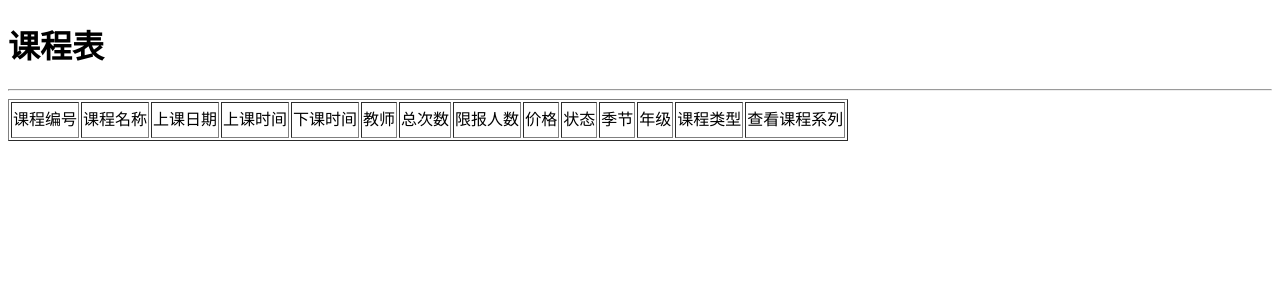
Repository: arkulo56/codeLibrary
Page: http://localhost/firstWeb/courseList.jsp
These files come from the project's save history. The page is drawn as it stood at one moment and after the next save; the edit follows.
The browser window is 1280 px wide. The pictures show the whole page.
The page is served by Tomcat 9. Other server files are loaded and not shown. Queries for data that is not in the repository find no rows.

Above is the page before, as saved 2016-04-23 07:41:09.

### java/firstWeb/WebContent/courseList.jsp
<%@page import="model.Course"%>
<%@page import="action.CourseAction"%>
<%@ page import="java.util.*" %>
<%@ page language="java" contentType="text/html; charset=UTF-8"
    pageEncoding="UTF-8"%>
<!DOCTYPE html PUBLIC "-//W3C//DTD HTML 4.01 Transitional//EN" "http://www.w3.org/TR/html4/loose.dtd">
<html>
<head>
<meta http-equiv="Content-Type" content="text/html; charset=UTF-8">
<title>课程表</title>
</head>
<body>
<h1>课程表</h1>
<style type="text/css">
td{line-height: 200%}
</style>
<hr>

<table border="1">
<tr>
<td>课程编号</td>
<td>课程名称</td>
<td>上课日期</td>
<td>上课时间</td>
<td>下课时间</td>
<td>教师</td>
<td>总次数</td>
<td>限报人数</td>
<td>价格</td>
<td>状态</td>
<td>季节</td>
<td>年级</td>
<td>课程类型</td>
<td>查看课程系列</td>
</tr>
<%
CourseAction ca = new CourseAction();
List wh = new ArrayList();
List<Course> res = ca.get(wh);
for(int i=0;i<res.size();i++)
{
	Course t = res.get(i);
%>
<tr>
<td><%=t.getId() %></td>
<td><%=t.getName() %></td>
<td><%=t.getClassDate() %></td>
<td><%=t.getStartTime() %></td>
<td><%=t.getEndTime() %></td>
<td><%=t.getTeacher() %></td>
<td><%=t.getClassNumber() %></td>
<td><%=t.getStudentNumber() %></td>
<td>¥<%=t.getPrice() %></td>
<td><%=t.getStatus() %></td>
<td><%=t.getSeason() %></td>
<td><%=t.getClassLevel() %></td>
<td><%=t.getClassGategory() %></td>
<td><a href="courseSeries.jsp?courseId=<%=t.getId() %>">查看课程系列</a></td>
</tr>





<%
}
%>
</table>
</body>
</html>

### java/firstWeb/src/action/CourseAction.java
package action;

import java.sql.SQLException;
import java.util.ArrayList;
import java.util.HashMap;
import java.util.List;
import java.util.Map;

import dao.CourseDao;
import model.Course;
import model.CourseSeries;
import model.CourseSeriesItem;

public class CourseAction {

	public boolean addNewCourse(Course cr) throws SQLException
	{
		//初始化action
		CourseSeriesAction csa = new CourseSeriesAction();
		CourseItemAction cia = new CourseItemAction();

		//读取冲突的课程
		List<Course> cst = this.get(cr);
		List<Integer> xx = new ArrayList();
		for(int i=0;i<cst.size();i++)
		{
			xx.add(cst.get(i).getId());
		}
		List<CourseSeriesItem> cs = cia.getCommon(cr, xx);//返回那些不能组合的seriesId

		//插入课程数据
		int courseId = this.addCourse(cr);
		cr.setId(courseId);

		//读取附表可以组合的系列
		List<Integer> ni = new ArrayList();
		for(int i=0;i<cs.size();i++)
		{
			ni.add(cs.get(i).getSeriesId());
		}
		List<CourseSeriesItem> csiRes = cia.get(cr, ni);

		//先添加一个单次的系列和item
		int courseSeriesId = this._setSeries(cr.getClassDate());
		this._setItem(cr.getClassDate(), cr.getId(), courseSeriesId);
		//循环添加
		for(int i=0;i<csiRes.size();i++)
		{
			//生成系列主表
			int csId = this._setSeries(cr.getClassDate());
			//查询系列附表的所有元素
			List<Map> wh = new ArrayList();
			Map m = new HashMap();
			m.put("pre", "and");
			m.put("field", "seriesId");
			m.put("relation", "=");
			m.put("value", csiRes.get(i).getSeriesId());
			wh.add(m);
			List<CourseSeriesItem> res = cia.getCommon(wh);
			//先录入一条自己
			this._setItem(cr.getClassDate(), cr.getId(), csId);
			for(int j=0;j<res.size();j++)
			{
				//重复录入取到的其他课程系列元素
				this._setItem(cr.getClassDate(), res.get(j).getCourseId(), csId);
			}
		}


		return true;
	}
	private int _setSeries(String dt) throws SQLException
	{
		//初始化action
		CourseSeriesAction csa = new CourseSeriesAction();
		//添加单独的一个系列主表
		CourseSeries newCsa = new CourseSeries();
		newCsa.setClassDate(dt);
		return csa.addSeries(newCsa);

	}
	private void _setItem(String dt,int courseId,int courseSeriesId) throws SQLException
	{
		CourseItemAction cia = new CourseItemAction();

		//添加单独的一个系列附表
		CourseSeriesItem csi = new CourseSeriesItem();
		csi.setClassDate(dt);
		csi.setCourseId(courseId);
		csi.setSeriesId(courseSeriesId);
		csi.setSortCourse(0);
		cia.addItem(csi);
	}



	//插入主表数据
	public int addCourse(Course cr) throws SQLException
	{
		CourseDao hd = new CourseDao();
		return hd.add(cr);
	}

	//查询冲突课程
	private List<Course> get(Course cr) throws SQLException
	{
		CourseDao hd = new CourseDao();
		List<Map> wh = new ArrayList();
		//开始时间小于当前课程结束时间
		Map k = new HashMap();
		k.put("pre", "and");
		k.put("field", "startTime");
		k.put("relation", "<");
		k.put("value", "'"+cr.getEndTime()+"'");
		wh.add(k);
		//结束时间大于当前课程开始时间
		Map e = new HashMap();
		e.put("pre", "and");
		e.put("field", "endTime");
		e.put("relation", ">");
		e.put("value", "'"+cr.getStartTime()+"'");
		wh.add(e);
		//开课日期相等
		Map ed = new HashMap();
		ed.put("pre", "and");
		ed.put("field", "classDate");
		ed.put("relation", "=");
		ed.put("value", "'"+cr.getClassDate()+"'");
		wh.add(ed);

		return hd.get(wh);
	}
	//普通查询
	public List<Course> get(List<Map> wh) throws SQLException
	{
		CourseDao hd = new CourseDao();
		return hd.get(wh);
	}

}

### java/firstWeb/src/dao/CourseDao.java
package dao;

import java.sql.Connection;
import java.sql.PreparedStatement;
import java.sql.ResultSet;
import java.sql.SQLException;
import java.sql.Statement;
import java.util.ArrayList;
import java.util.List;
import java.util.Map;

import db.MysqlDrive;
import model.Course;

public class CourseDao {
	private Connection con;
	private Statement st;
	//初始化
	public CourseDao()
	{
		con = MysqlDrive.getCon();
		try
		{
			st = con.createStatement();
		}catch(SQLException e)
		{
			System.out.println("statement初始化失败");
		}
	}
	//查询
	public List<Course> get(List<Map> wh) throws SQLException
	{
		String sql = "select * from course where 1=1";
		for(int i=0;i<wh.size();i++)
		{
			//System.out.println(wh.get(i).keySet());
			sql = sql+" "+wh.get(i).get("pre")+" "+wh.get(i).get("field")+wh.get(i).get("relation")+wh.get(i).get("value");
		}
		//System.out.println(sql);
		ResultSet res = st.executeQuery(sql);
		List<Course> r = new ArrayList();
		while(res.next())
		{
			Course n = new Course();
			n.setId(res.getInt("id"));
			n.setName(res.getString("name"));
			n.setClassDate(res.getString("classDate"));
			n.setStartTime(res.getString("startTime"));
			n.setEndTime(res.getString("endTime"));
			n.setTeacher(res.getString("teacher"));
			n.setClassNumber(res.getInt("classNumber"));
			n.setStudentNumber(res.getInt("studentNumber"));
			n.setPrice(res.getFloat("price"));
			n.setStatus(res.getInt("status"));
			n.setSeason(res.getString("season"));
			n.setClassLevel(res.getInt("classLevel"));
			n.setClassGategory(res.getInt("classGategory"));

			r.add(n);
		}
		return r;
	}
	//添加
	public int add(Course nc) throws SQLException
	{
		String sql = "insert into course values(null,?,?,?,?,?,?,?,?,?,?,?,?)";
		PreparedStatement pst = con.prepareStatement(sql,Statement.RETURN_GENERATED_KEYS);
		pst.setString(1, nc.getName());
		pst.setString(2, nc.getClassDate());
		pst.setString(3, nc.getStartTime());
		pst.setString(4, nc.getEndTime());
		pst.setString(5, nc.getTeacher());
		pst.setInt(6, nc.getClassNumber());
		pst.setInt(7, nc.getStudentNumber());
		pst.setFloat(8, nc.getPrice());
		pst.setInt(9, nc.getStatus());
		pst.setString(10, nc.getSeason());
		pst.setInt(11, nc.getClassLevel());
		pst.setInt(12, nc.getClassGategory());

		pst.executeUpdate();
		ResultSet res = pst.getGeneratedKeys();
		if(res.next())
		{
			return res.getInt(1);
		}
		return 0;
	}

//	public boolean del(int id)
//	{
//
//	}
//
}

### java/firstWeb/src/db/MysqlDrive.java
package db;

import java.sql.Connection;
import java.sql.DriverManager;
import java.sql.ResultSet;
import java.sql.SQLException;
import java.sql.Statement;

public class MysqlDrive {
	private static String url = "jdbc:mysql://192.168.99.100:3306/course?useUnicode=true&characterEncoding=utf8&useSSL=false";
	private static String use = "root";
	private static String passwd = "123456";
	private static Connection con = null;

	static{
		try{
			//step1:动态加载驱动
			Class.forName("com.mysql.jdbc.Driver");
			//step2:连接数据库
			con = DriverManager.getConnection(url, use, passwd);
		}catch(ClassNotFoundException e)
		{
			System.out.println("加载mysql驱动失败");
		}catch(SQLException e)
		{
			System.out.println("连接数据库失败");
		}
	}

	public static Connection getCon()
	{
		return con;
	}

}

After the next save:
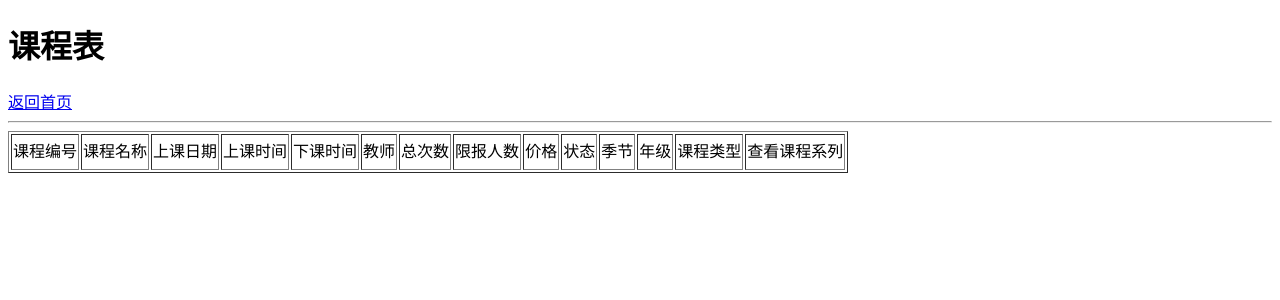
Saved 93 s later.
--- a/java/firstWeb/WebContent/courseList.jsp
+++ b/java/firstWeb/WebContent/courseList.jsp
@@ -8,12 +8,13 @@
 <head>
 <meta http-equiv="Content-Type" content="text/html; charset=UTF-8">
 <title>课程表</title>
+<style type="text/css">
+td{line-height: 200%}
+</style>
 </head>
 <body>
 <h1>课程表</h1>
-<style type="text/css">
-td{line-height: 200%}
-</style>
+<a href="index.jsp">返回首页</a>
 <hr>
 
 <table border="1">
